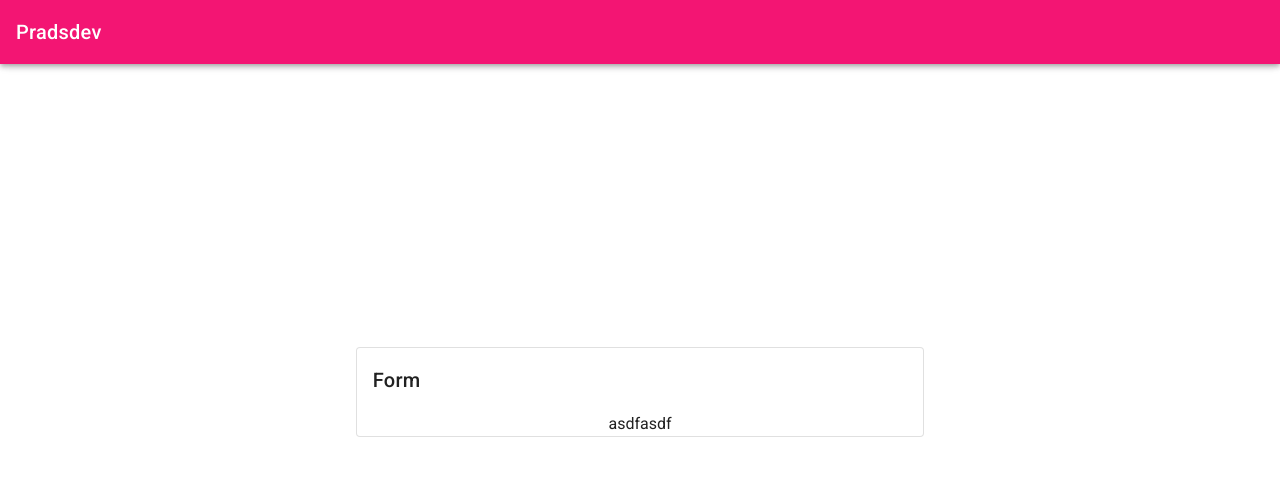
Repository: pradsdev/vue-form-validate
Page: /
An editor plug-in stored every save of this project. The page is shown before and after the next save, followed by the edit.
The browser window is 1280 px wide. The pictures show the whole page.
The project was rebuilt for these pictures with package versions that can differ from the ones it lists, and the page was loaded fresh each time. Also part of the build but not shown: vue.config.js.

Above is the page before, as saved 2020-12-21 22:49:01.

### src/App.vue
<template>
  <v-app>
    <v-app-bar
      app
      color="primary"
      dark
    >
      <div class="d-flex align-center">
        <div class="title">
          Pradsdev
        </div>
      </div>
    </v-app-bar>

    <v-main>
      <HelloWorld/>
    </v-main>
  </v-app>
</template>

<script>
import HelloWorld from './components/HelloWorld'

export default {
  name: 'App',

  components: {
    HelloWorld
  },

  data: () => ({
    //
  })
}
</script>

### src/plugins/vuetify.js
import Vue from 'vue'
import Vuetify from 'vuetify/lib/framework'

Vue.use(Vuetify)

export default new Vuetify({
  theme: {
    options: {
      customProperties: true
    },
    themes: {
      light: {
        primary: '#f31573',
        secondary: '#424242',
        accent: '#82B1FF',
        error: '#FF5252',
        info: '#2196F3',
        success: '#4CAF50',
        warning: '#FFC107'
      }
    }
  }
})

### src/components/HelloWorld.vue
<template>
  <v-container fill-height>
    <v-row class="text-center justify-center">
      <v-col cols="6">
        <v-card outlined>
          <v-card-title>
            Form
          </v-card-title>
          <v-card-content>
            asdfasdf
          </v-card-content>
        </v-card>
      </v-col>
    </v-row>
  </v-container>
</template>

<script>
export default {
  name: 'HelloWorld',

  data: () => ({
  })
}
</script>

Loaded but not shown: public/index.html (common file); src/main.js (common file)

After the next save:
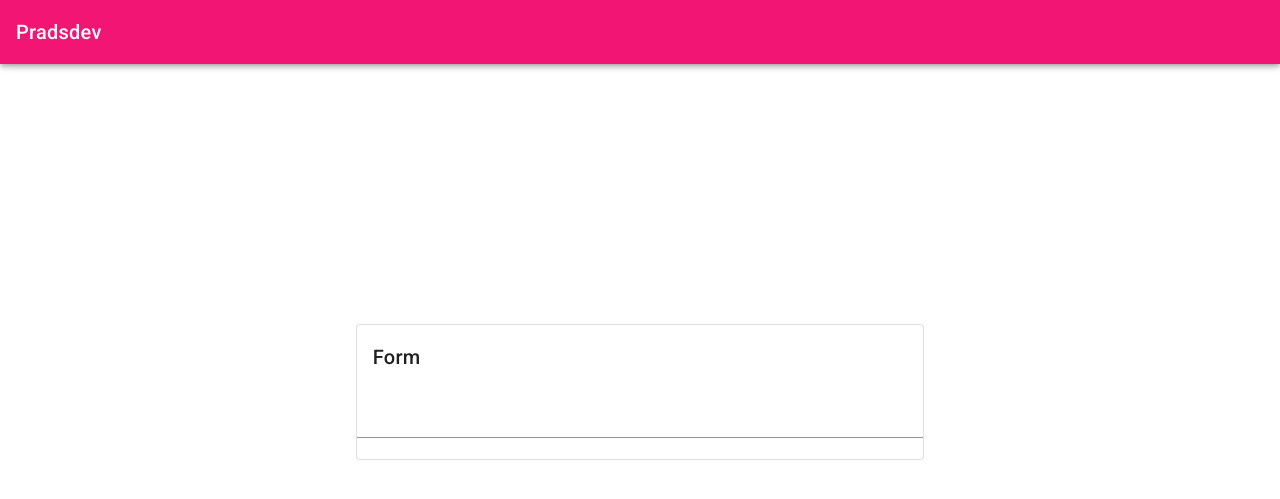
Saved 85 s later.
--- a/src/components/HelloWorld.vue
+++ b/src/components/HelloWorld.vue
@@ -7,7 +7,11 @@
             Form
           </v-card-title>
           <v-card-content>
-            asdfasdf
+            <v-form>
+              <v-text-field>
+
+              </v-text-field>
+            </v-form>
           </v-card-content>
         </v-card>
       </v-col>
